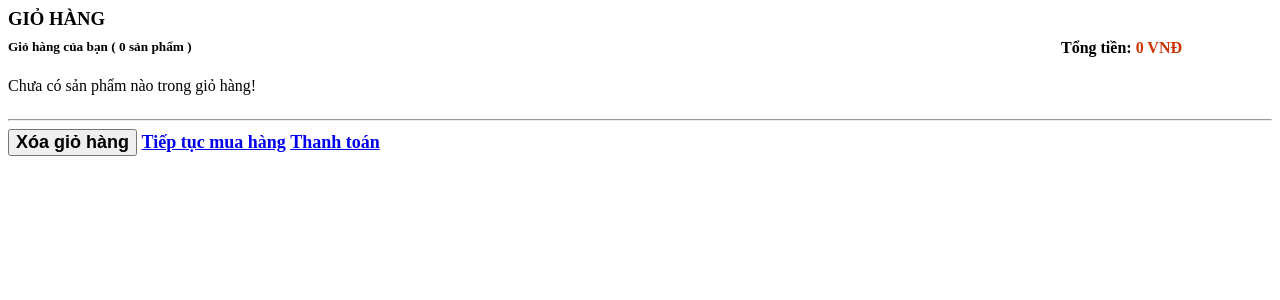
Repository: nguyengiabao245/NHOM3_C2
Page: http://localhost/DoAnJava/WEB-INF/views/cart/view.jsp
These files come from the project's save history. The page is drawn as it stood at one moment and after the next save; the edit follows.
The browser window is 1280 px wide. The pictures show the whole page.
The page is served by Tomcat 9. Nobody is signed in. Other server files are loaded and not shown. The template is opened directly, without the code that normally fills it, so the values that code supplies are empty.

Above is the page before, as saved 2022-05-12 10:08:16.

### DoAnJava/src/main/webapp/WEB-INF/views/cart/view.jsp

<%@ page pageEncoding="utf-8"%>
<%@ taglib uri="http://java.sun.com/jstl/core_rt" prefix="c"%>
<%@ taglib uri="http://java.sun.com/jstl/fmt_rt" prefix="f"%>

<c:set var="cart" value="${sessionScope['scopedTarget.cartService']}" />


<h3 class="title">
	<b>GIỎ HÀNG</b>
</h3>


<div class="ct1">
	<h5 style="margin-top: -10px">
		<span style="font-weight: 700;"> <c:choose>
				<c:when test="${cart.count > 0}"> Giỏ hàng của bạn (
					<b class="cart-cnt">${cart.count}</b> sản phẩm ) </c:when>
				<c:otherwise> Giỏ hàng của bạn (  <b class="cart-cnt">0</b> sản phẩm ) </c:otherwise>
			</c:choose>

		</span> <span
			style="float: right; padding: 0px 90px 0px 0px; font-weight: bold; font-size: 16px;">
			<c:choose>
				<c:when test="${cart.amount > 0}">
 			Tổng tiền: <span style="color: #CC3300"><f:formatNumber
							value="${cart.amount}" pattern="#,###" /> VNĐ</span>
				</c:when>
				<c:otherwise>
 			Tổng tiền: <span style="color: #CC3300"> 0 VNĐ</span>
				</c:otherwise>
			</c:choose>

		</span>
	</h5>
	<table class=table>
		<tbody>

			<c:choose>

				<c:when test="${cart.amount > 0}">
					<c:forEach var="p"
						items="${sessionScope['scopedTarget.cartService'].items}">
						<tr data-id="${p.id}" data-price="${p.unitPrice}"
							data-discount="${p.discount}">
							<td style="width: 120px; padding: 10px 0px 10px 0px;"><img
								src="/static/images/products/${p.image}" width="100%"></td>
							<td style="padding: 40px 0px 40px 30px;">
								<p style="font-size: 18px; font-weight: bold;">${p.name}</p>
								<p style="color: gray;">SKU : ${p.id}</p>
							</td>
							<td style="padding: 40px 0px 40px 0px; font-size: 16px"><c:choose>
									<c:when test="${p.discount <= 0 }">
										<p
											style="text-align: left; font-weight: bold; color: #474c51; padding: 20px 0px 0px 0px">
											<f:formatNumber value="${p.unitPrice}" pattern="#,###" />
											VNĐ
										</p>
									</c:when>
									<c:otherwise>
										<p style="font-weight: bold;">
											<span style="text-decoration: line-through; color: Gray;"><f:formatNumber
													value="${p.unitPrice}" pattern="#,###" /> VNĐ</span> <span
												style="vertical-align: super; background-color: red; border-radius: 15%; padding: 2px">
												- <f:formatNumber value="${p.discount}" type="percent" />
											</span>
										</p>
									</c:otherwise>
								</c:choose> <c:choose>
									<c:when test="${p.discount > 0 }">
										<p style="font-weight: bold; color: #474c51">
											<f:formatNumber value="${p.unitPrice * (1 - p.discount)}"
												pattern="#,###" />
											VNĐ
										</p>
									</c:when>
									<c:otherwise>

									</c:otherwise>
								</c:choose></td>

							<td style="padding: 50px 0px 40px 0px;"><input id="num"
								value="${p.quantity}" type="number" min="1"
								style="width: 100px; height: 30px; font-size: 16px; border: 1px solid black;">

							</td>
							<td class="amt"
								style="padding: 55px 0px 40px 0px; font-weight: bold; font-size: 16px">
								<f:formatNumber
									value="${p.quantity * p.unitPrice * (1 - p.discount)}"
									pattern="#,###" /> VNĐ
							</td>
							<td style="padding: 50px 0px 40px 0px;">
								<button class="btn btn-sm btn-warning btn-cart-remove">
									<i class="glyphicon glyphicon-trash"></i>
								</button>
							</td>
						</tr>
					</c:forEach>
				</c:when>

				<c:otherwise>
					<p>Chưa có sản phẩm nào trong giỏ hàng!</p>
				</c:otherwise>
			</c:choose>



		</tbody>
	</table>
	<hr />
	<div class="text-center" style="font-size: 18px; padding-bottom: 30px">
		<button class="btn btn-sm btn-danger btn-cart-clear">Xóa giỏ
			hàng</button>
		<a href="/home" class="btn btn-sm btn-info">Tiếp tục mua hàng</a> <a
			href="/order/checkout" class="btn btn-sm btn-success">Thanh toán</a>
	</div>
</div>


<br />
<br />
<style>
.btn-cart-clear, .btn-info, .btn-success {
	font-size: 18px;
	font-weight: bold;
}
</style>

After the next save:
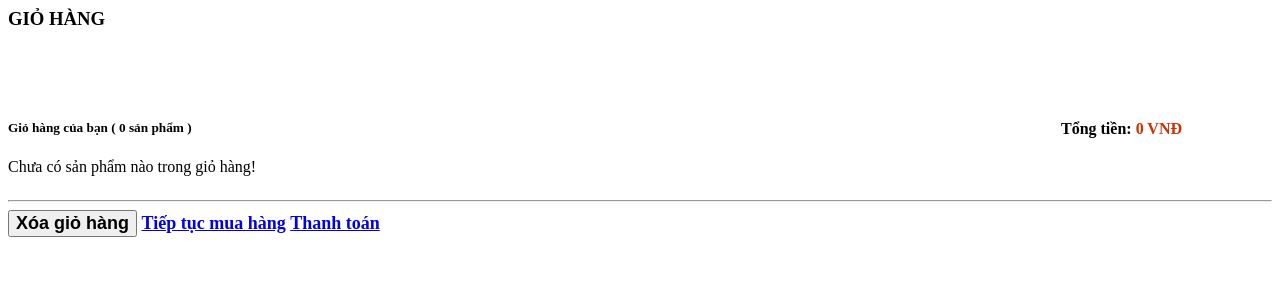
Saved 32 s later.
--- a/DoAnJava/src/main/webapp/WEB-INF/views/cart/view.jsp
+++ b/DoAnJava/src/main/webapp/WEB-INF/views/cart/view.jsp
@@ -11,7 +11,7 @@
 </h3>
 
 
-<div class="ct1">
+<div class="ct1" style="margin-top:100px">
 	<h5 style="margin-top: -10px">
 		<span style="font-weight: 700;"> <c:choose>
 				<c:when test="${cart.count > 0}"> Giỏ hàng của bạn (
